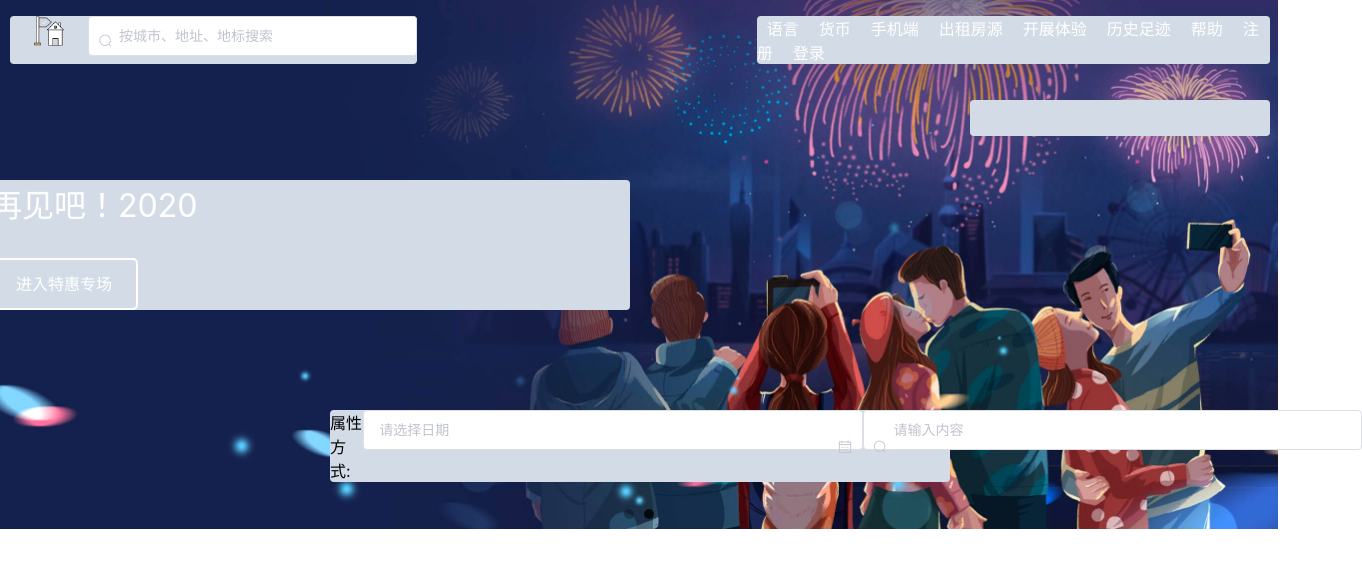
Repository: yz1181214391/my-airbnb
Page: /
These files come from the project's save history. The page is drawn as it stood at one moment and after the next save; the edit follows.
The browser window is 1280 px wide. The page is 1362 px wide, so the pictures cover 1362 px, including what lies to the right of the window. The pictures show the whole page.
The project was rebuilt for these pictures with package versions that can differ from the ones it lists, and the page was loaded fresh each time. Also part of the build but not shown: src/views/Language.vue, src/views/Currency.vue, src/views/Enter.vue, src/views/Experience.vue, src/views/Help.vue, src/views/History.vue, src/views/Mobile.vue, src/views/Register.vue and 1 more.

Above is the page before, as saved 2020-12-11 10:50:52.

After the next save:
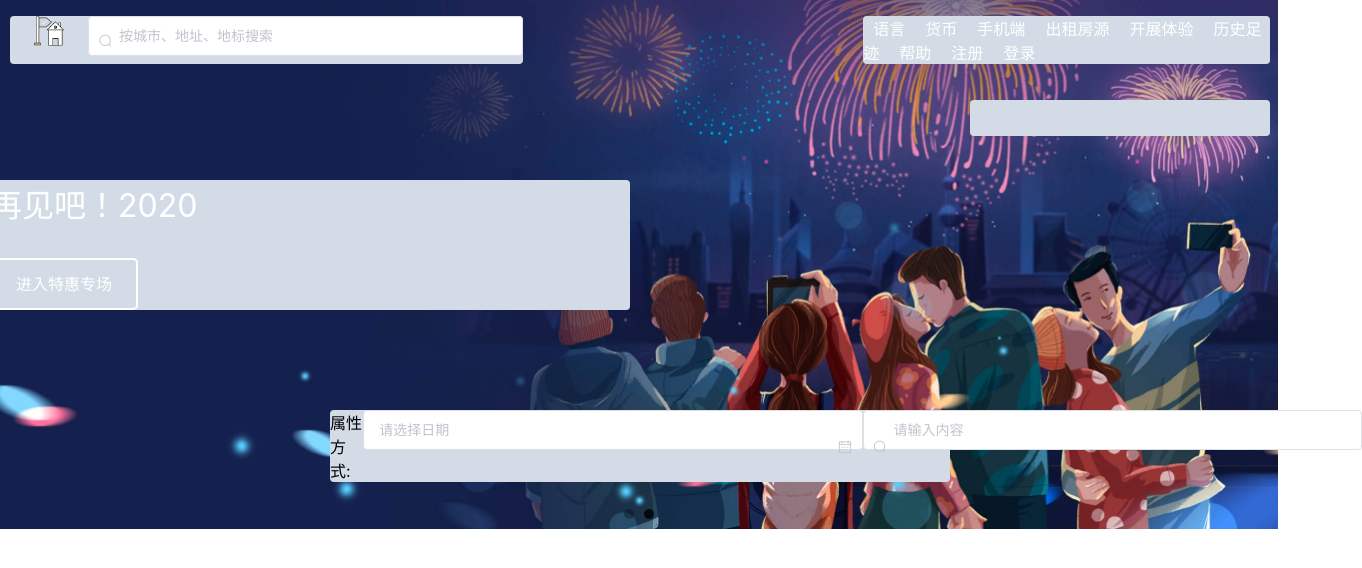
Saved 34 s later.
--- a/src/components/Header.vue
+++ b/src/components/Header.vue
@@ -1,7 +1,7 @@
 <template>
     <div class="airbnb-box">
       <el-row :gutter="20">
-        <el-col :span="8">
+        <el-col :span="10">
           <div class="grid-content bg-purple" style="display:flex">
             <a href="###"><img class="logo" src="../assets/img/012-zhandian.png" alt=""></a>
             <el-input v-model="input" style="width: 460px;height: 48px;" prefix-icon='el-icon-search' placeholder="按城市、地址、地标搜索"></el-input>

After the save that followed:
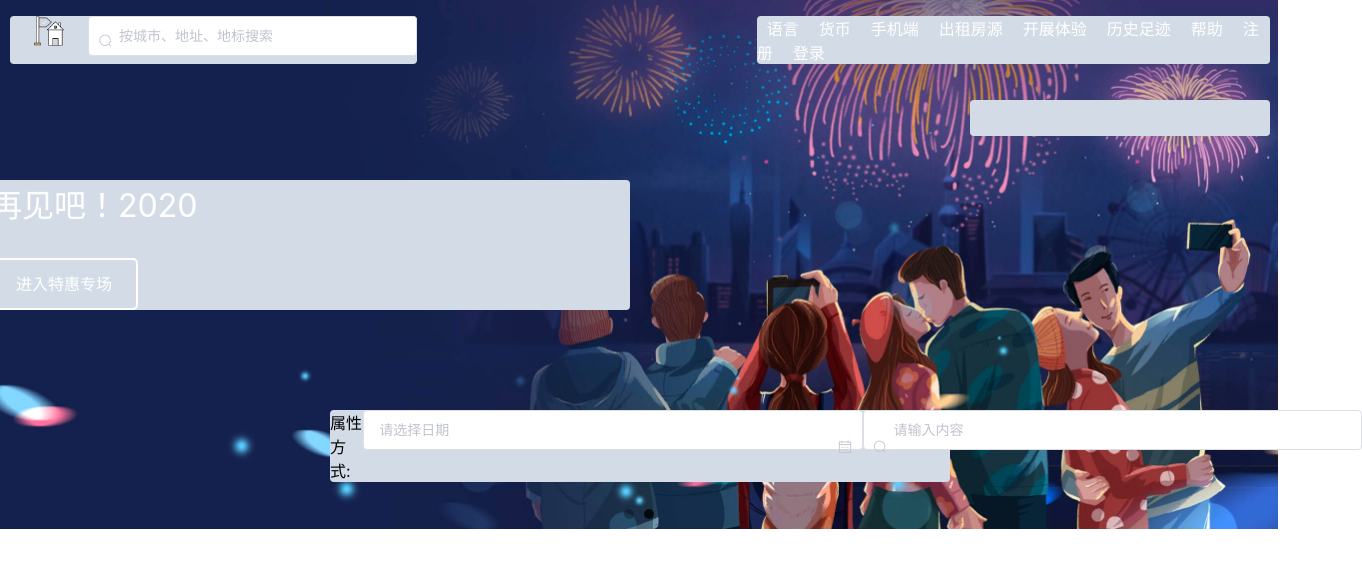
Saved 6 s later.
--- a/src/components/Header.vue
+++ b/src/components/Header.vue
@@ -1,7 +1,7 @@
 <template>
     <div class="airbnb-box">
       <el-row :gutter="20">
-        <el-col :span="10">
+        <el-col :span="8">
           <div class="grid-content bg-purple" style="display:flex">
             <a href="###"><img class="logo" src="../assets/img/012-zhandian.png" alt=""></a>
             <el-input v-model="input" style="width: 460px;height: 48px;" prefix-icon='el-icon-search' placeholder="按城市、地址、地标搜索"></el-input>
